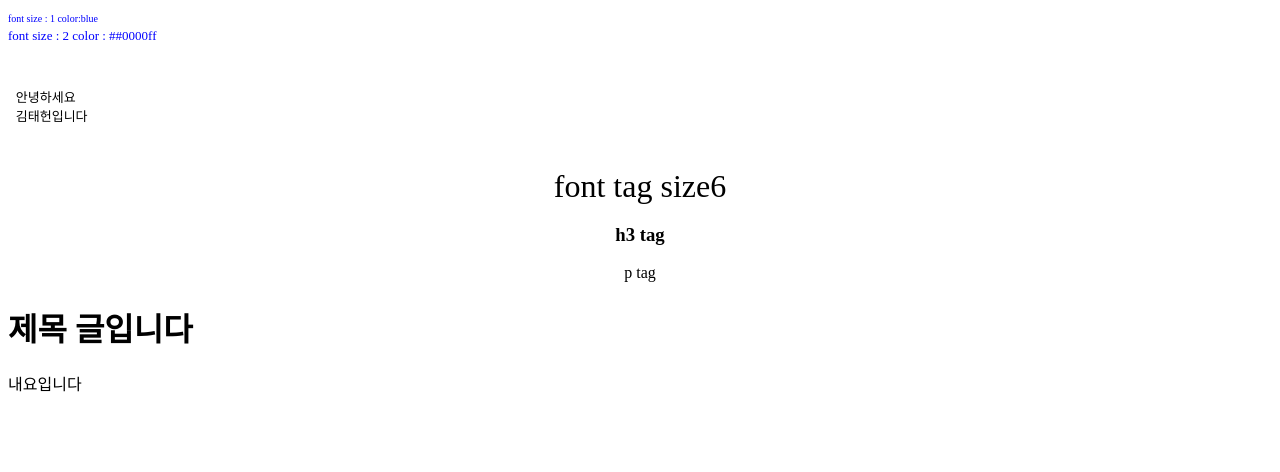
Repository: xsa1113/posco_ict
Page: html/TestSample/WebContent/index3.html
An editor plug-in stored every save of this project. The page is shown before and after the next save, followed by the edit.
The browser window is 1280 px wide. The pictures show the whole page.

Above is the page before, as saved 2022-05-04 07:43:20.

### html/TestSample/WebContent/index3.html
<!DOCTYPE html>
<html>
<head>
<meta charset="UTF-8">
<title>Insert title here</title>
</head>
<body>

<!--
font, div
 -->

 <font size="1" color="blue">font size : 1 color:blue</font>
 <br>
 <font size="2" color="#0000ff">font size : 2 color : ##0000ff</font>

 <pre>
 <font size="6" color="red"></font>
 안녕하세요
 김태헌입니다
 <!--
 div : 태그자체만으로 의미가 없다
 범위설정 및 한꺼번에 묶음

  -->
 </pre>

 <div align = "center">
 <font size="6"> font tag size6</font>
<h3>h3 tag</h3>
<p>p tag</p>

 </div>

 <div>
 	<h1>제목 글입니다</h1>
 	<p>내요입니다</p>
 </div>




</body>
</html>

After the next save:
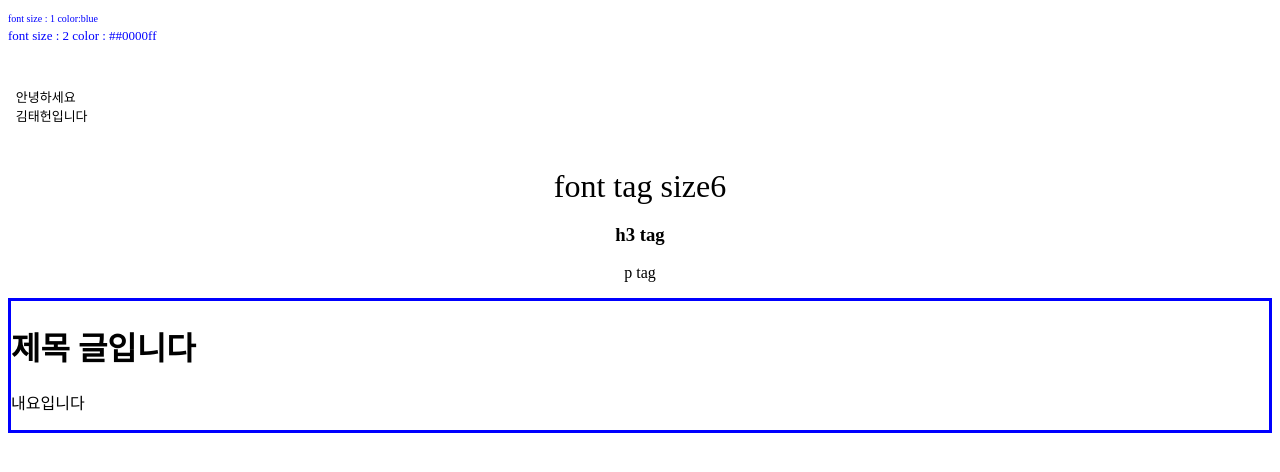
Saved 42 s later.
--- a/html/TestSample/WebContent/index3.html
+++ b/html/TestSample/WebContent/index3.html
@@ -32,7 +32,7 @@ font, div
 
  </div>
 
- <div>
+ <div style ="border: solid; border-color: blue;">
  	<h1>제목 글입니다</h1>
  	<p>내요입니다</p>
  </div>
